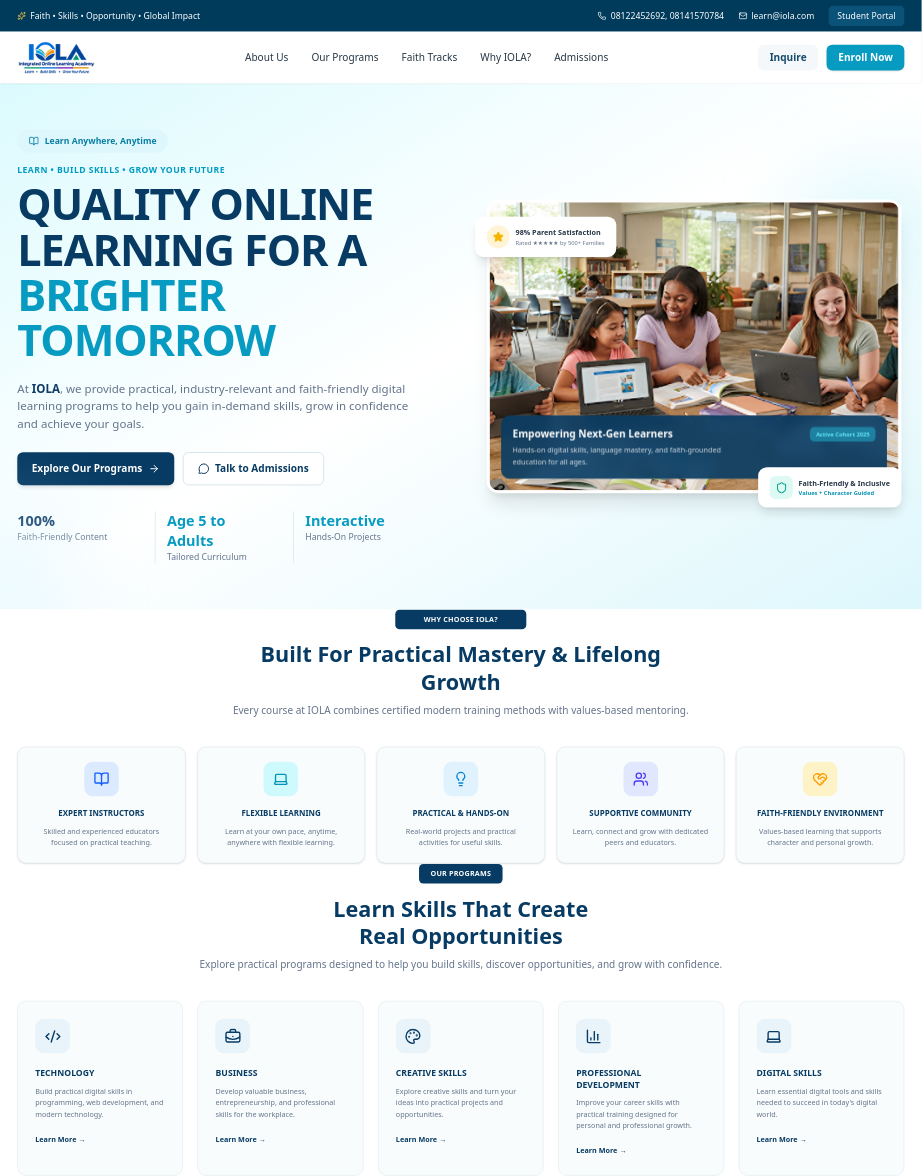
Repository: segunrotini/iola
Page: /
These files come from the project's save history. The page is drawn as it stood at one moment and after the next save; the edit follows.
The browser window is 1280 px wide. The pictures show the whole page, at 72% of full size.
The project was rebuilt for these pictures with package versions that can differ from the ones it lists, and the page was loaded fresh each time. Also part of the build but not shown: vite.config.ts.

Above is the page before, as saved 2026-09-29 14:58:27.

After the next save:
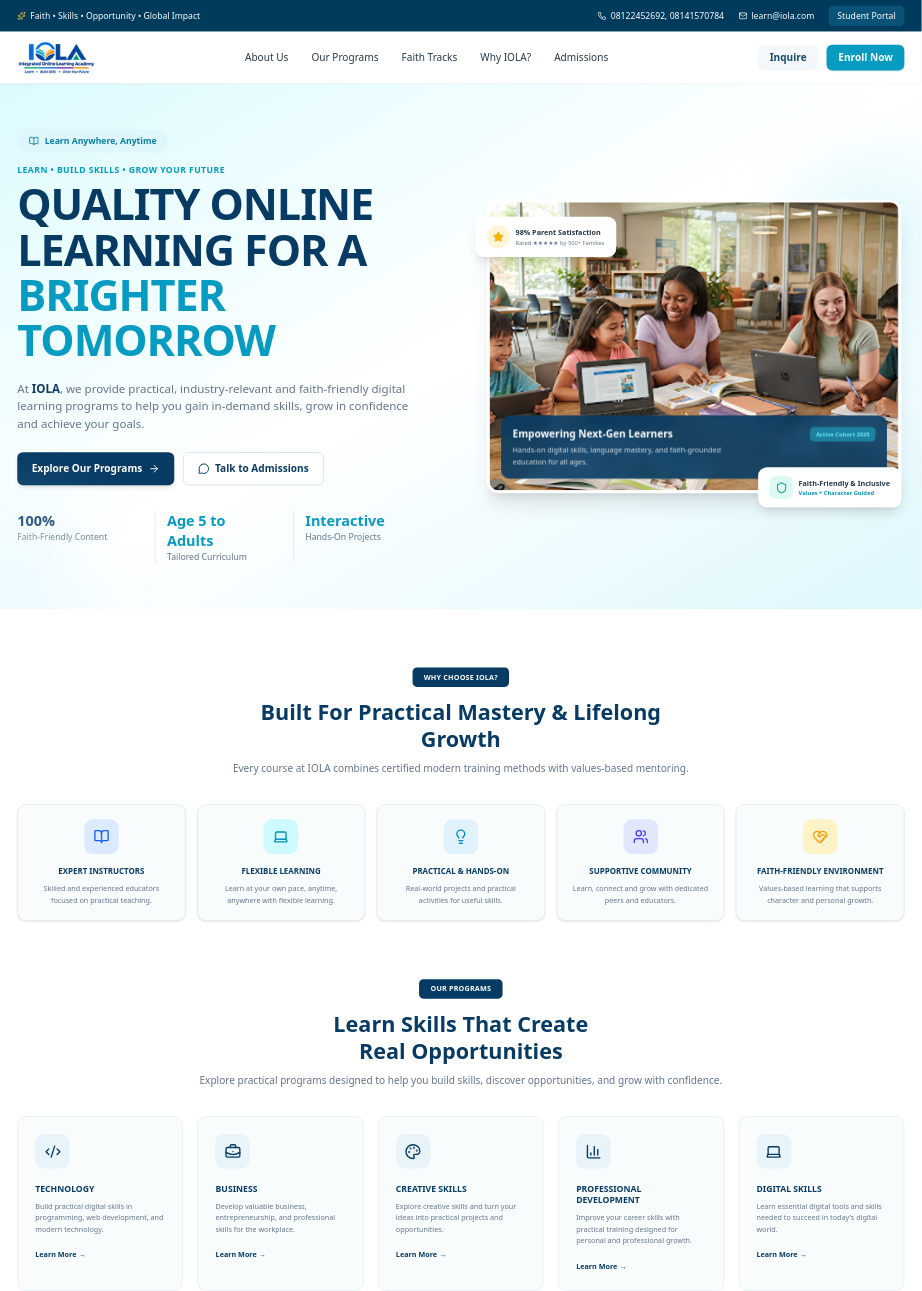
Saved 4 min 12 s later.
--- a/src/components/home/WhyChooseUs.tsx
+++ b/src/components/home/WhyChooseUs.tsx
@@ -51,10 +51,10 @@
 
 const WhyChooseUs = () => {
   return (
-
+    <section id="why-iola" className="bg-white py-16 sm:py-20">
       <div className="mx-auto max-w-7xl px-4 sm:px-6">
-        <div className="mx-auto max-w-3xl text-center">
-          <span className="inline-flex items-center rounded-md bg-[#073B63] px-10 py-1.5 text-[10px] font-bold uppercase tracking-wide text-white">
+        <div className="mx-auto max-w-2xl text-center">
+          <span className="inline-flex items-center rounded-md bg-[#073B63] px-4 py-1.5 text-[10px] font-bold uppercase tracking-wide text-white">
             Why Choose IOLA?
           </span>
 
@@ -97,7 +97,7 @@
           })}
         </div>
       </div>
-
+    </section>
   );
 };
 
